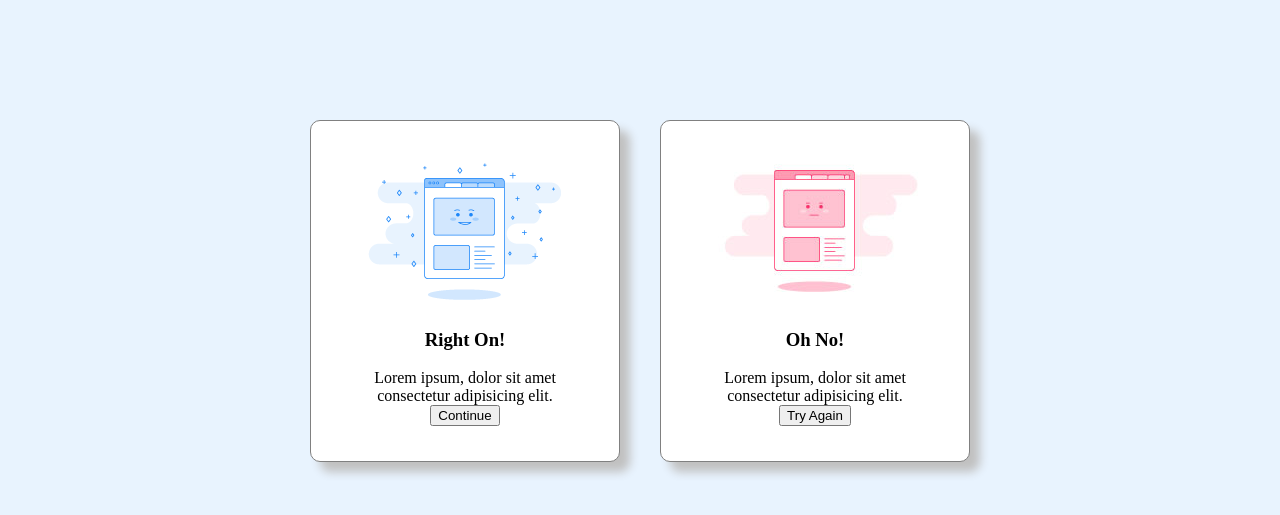
Repository: giahuy405/flash_message_BEM
Page: index.html
An editor plug-in stored every save of this project. The page is shown before and after the next save, followed by the edit.
The browser window is 1280 px wide. The pictures show the whole page.

Above is the page before, as saved 2022-09-06 02:35:28.

After the next save:
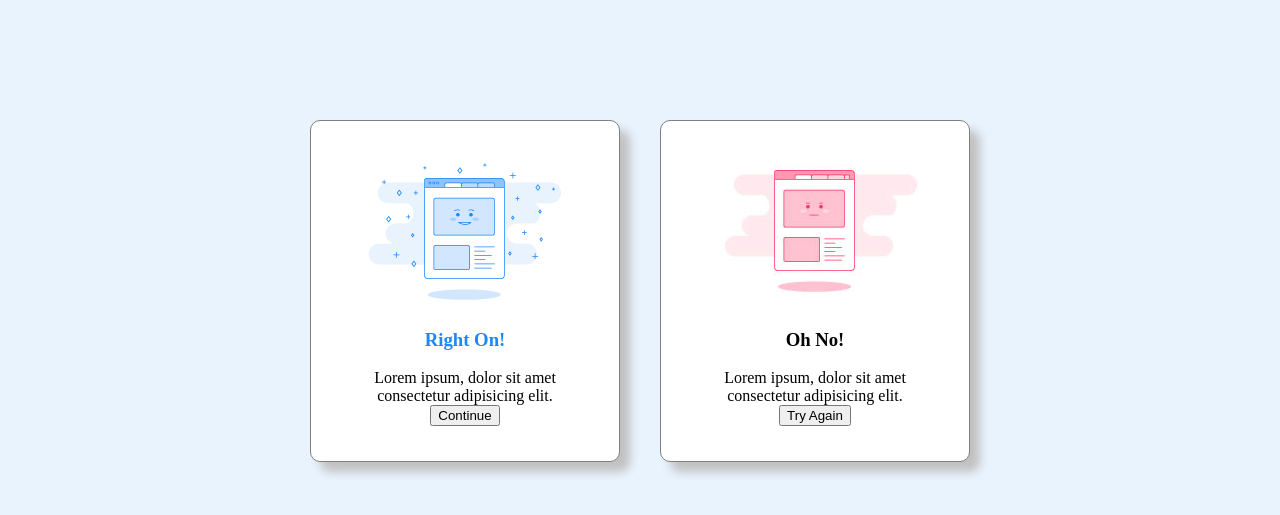
Saved 29 s later.
--- a/css/index.css
+++ b/css/index.css
@@ -28,3 +28,6 @@ body{
     box-shadow: 10px 10px 10px rgb(193, 193, 193);
     text-align: center;
 }
+.flash-message__title--blue{
+    color: #1e87f9;
+}
